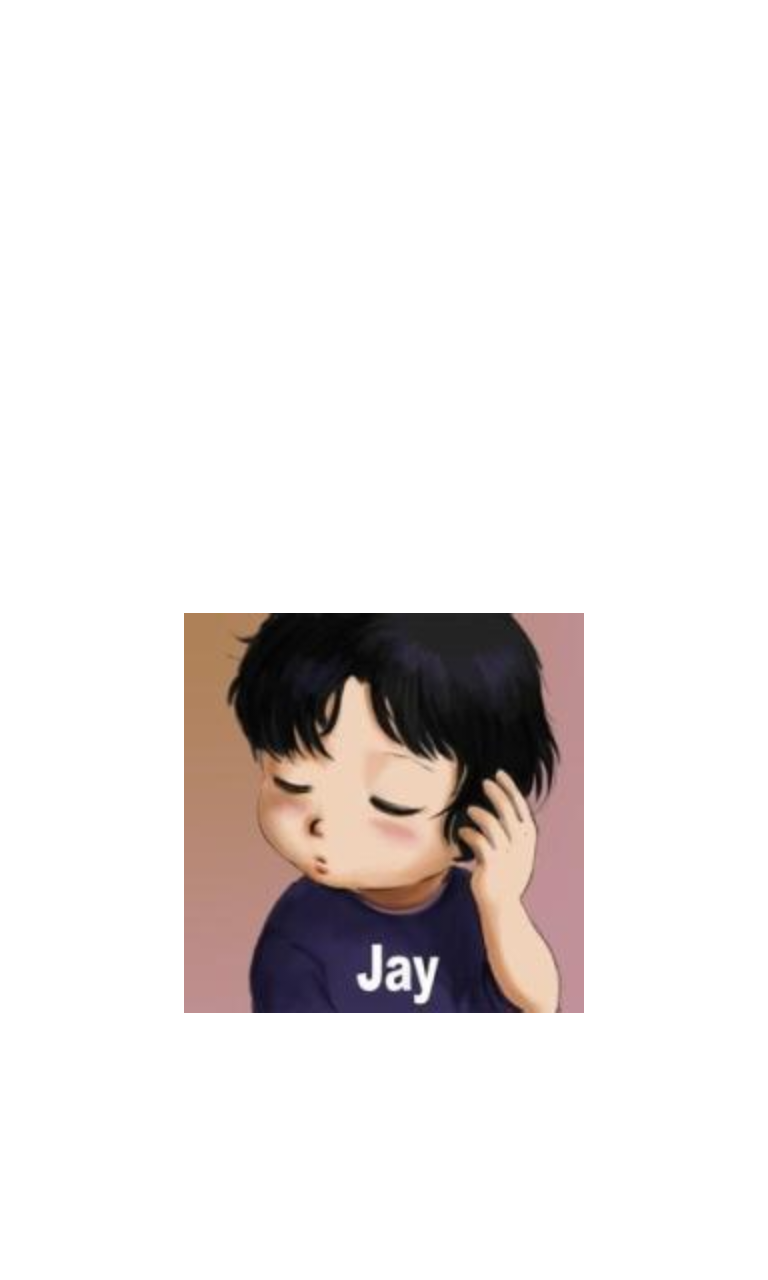
Repository: ShigerD/AndroidSample
Layout: Sample/Sample7/Handler/Handler/res/layout/activity_main.xml
An editor plug-in stored every save of this project. The layout is shown before and after the next save, followed by the edit.
It is drawn on a 768 x 1280 px phone screen (xhdpi) without system bars, with theme AppTheme; the app's code is not run.

Above is the layout before, as saved 2016-09-25 12:53:45.

After the next save:
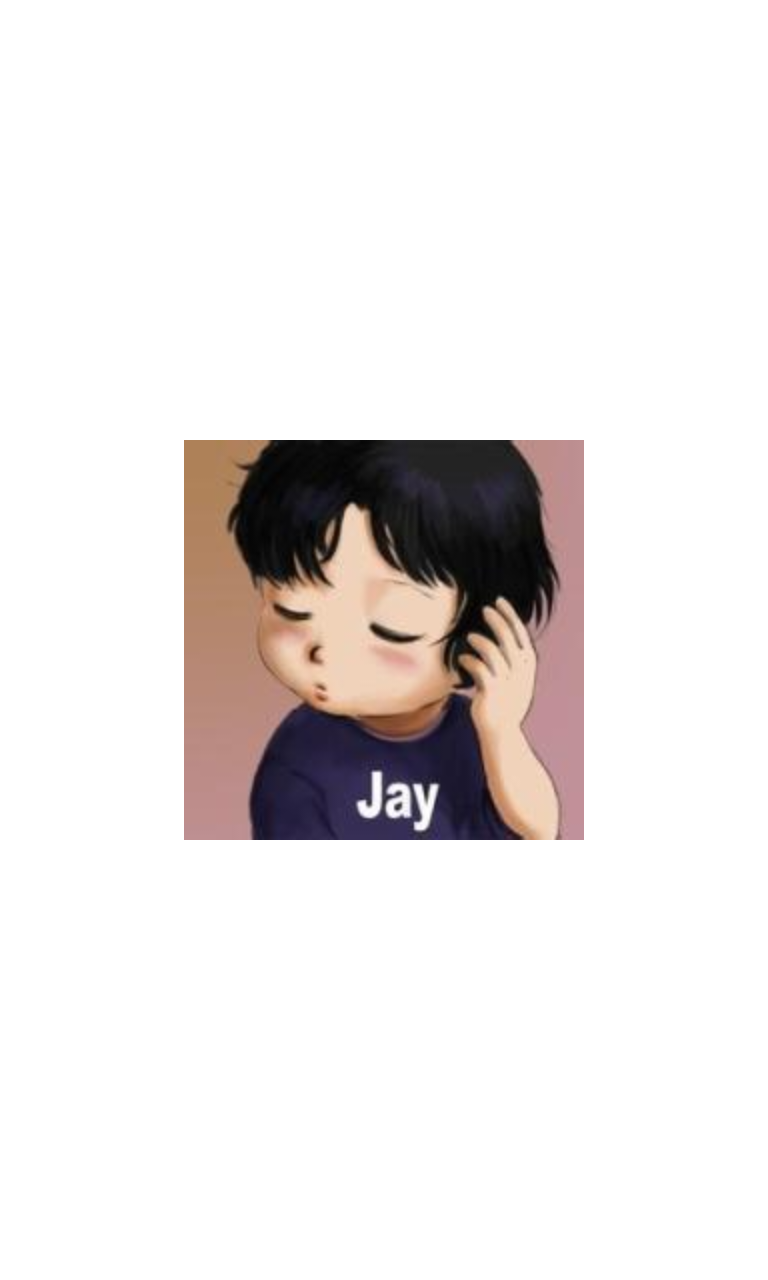
Saved 35 s later.
--- a/Sample/Sample7/Handler/Handler/res/layout/activity_main.xml
+++ b/Sample/Sample7/Handler/Handler/res/layout/activity_main.xml
@@ -13,11 +13,7 @@
         android:id="@+id/imageView1"
         android:layout_width="fill_parent"
         android:layout_height="wrap_content"
-        android:layout_alignParentTop="true"
-        android:layout_centerHorizontal="true"
-        android:layout_centerInParent="true"
-        android:layout_centerVertical="true"
-        android:layout_marginTop="173dp"
-        android:src="@drawable/h0" />
+        android:src="@drawable/h0"
+        android:gravity="center" />
 
 </RelativeLayout>
